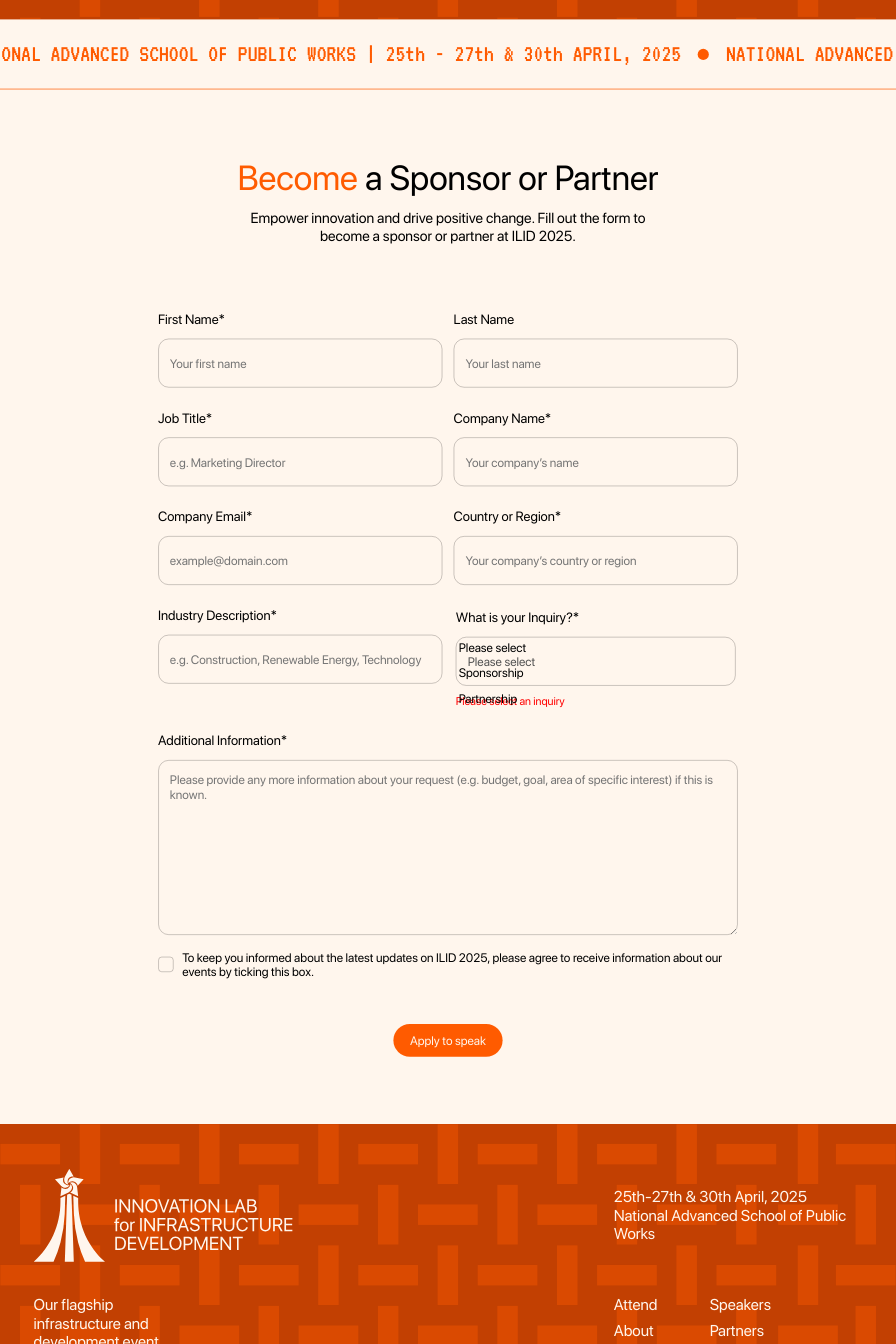
Repository: ilidevent/ilidwebsite
Page: /partners
The author's editor kept a copy of each file at every save. The page is drawn from the files as they stood at one save, then again after the next save.
The browser window is 1280 px wide. The pictures show the part of the page from y = 584 to 2504 px (the page is 2796 px tall), at 70% of full size.
The project was rebuilt for these pictures with package versions that can differ from the ones it lists, and the page was loaded fresh each time. The framework's server and built-in components were replaced by stand-ins that run in the browser. Also part of the build but not shown: next.config.ts, components/ReUsables/ButtonTwo.tsx, styles/ReUsables/aboutboxwrapper.module.scss, components/ReUsables/TextEmail.tsx, styles/ReUsables/sloganbanner.module.scss, components/ReUsables/SloganBanner.tsx, styles/ReUsables/paddingtop.module.scss, components/ReUsables/PaddingTop.tsx and 43 more.

Above is the page before, as saved 2025-03-17 12:36:08.

After the next save:
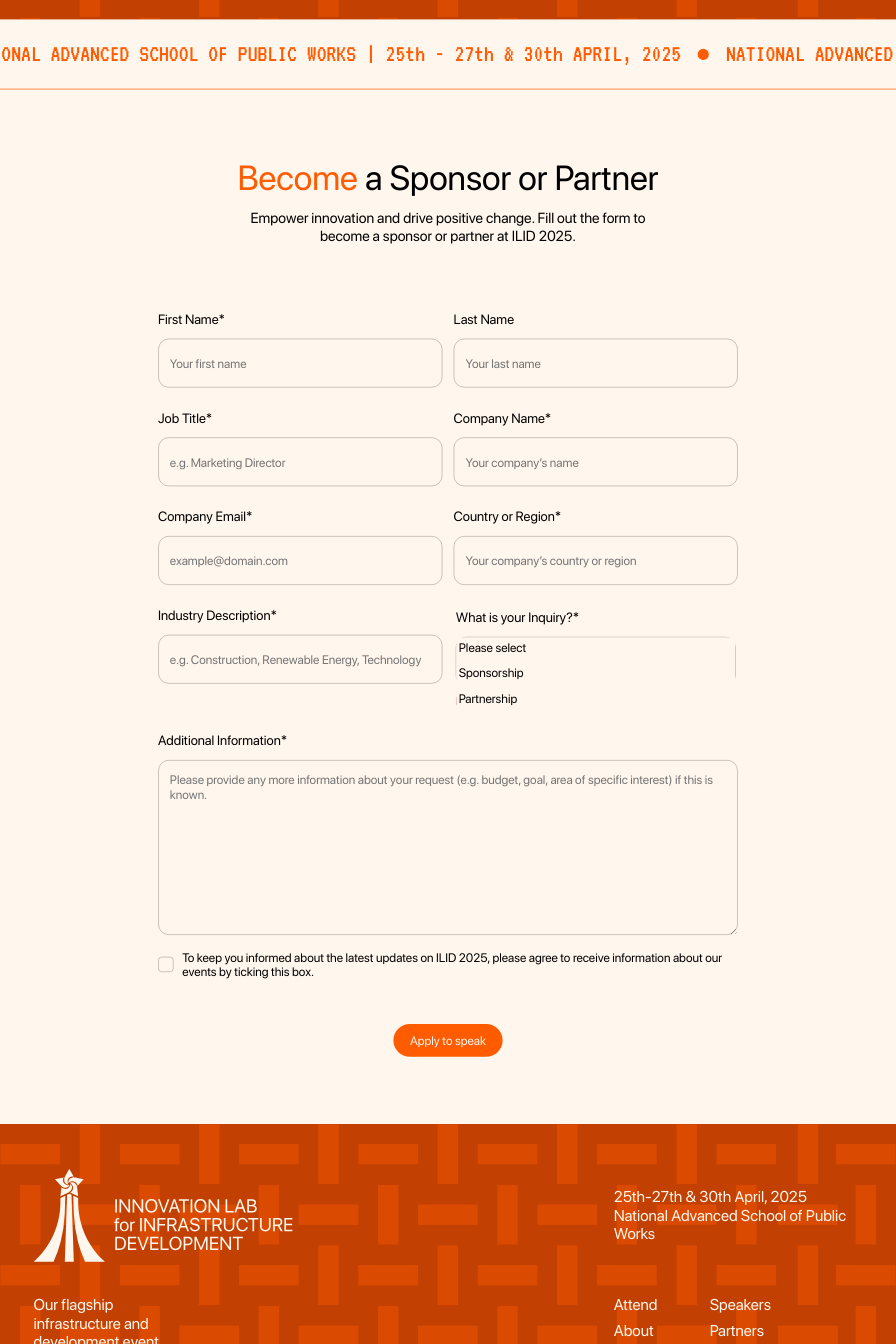
Saved 4 s later.
--- a/styles/ReUsables/formselector.module.scss
+++ b/styles/ReUsables/formselector.module.scss
@@ -40,5 +40,5 @@
   height: auto;
   padding: 0.2rem;
   border: 15px;
-  background-color: var(--body);
+  background-color: var(--body-color);
 }
